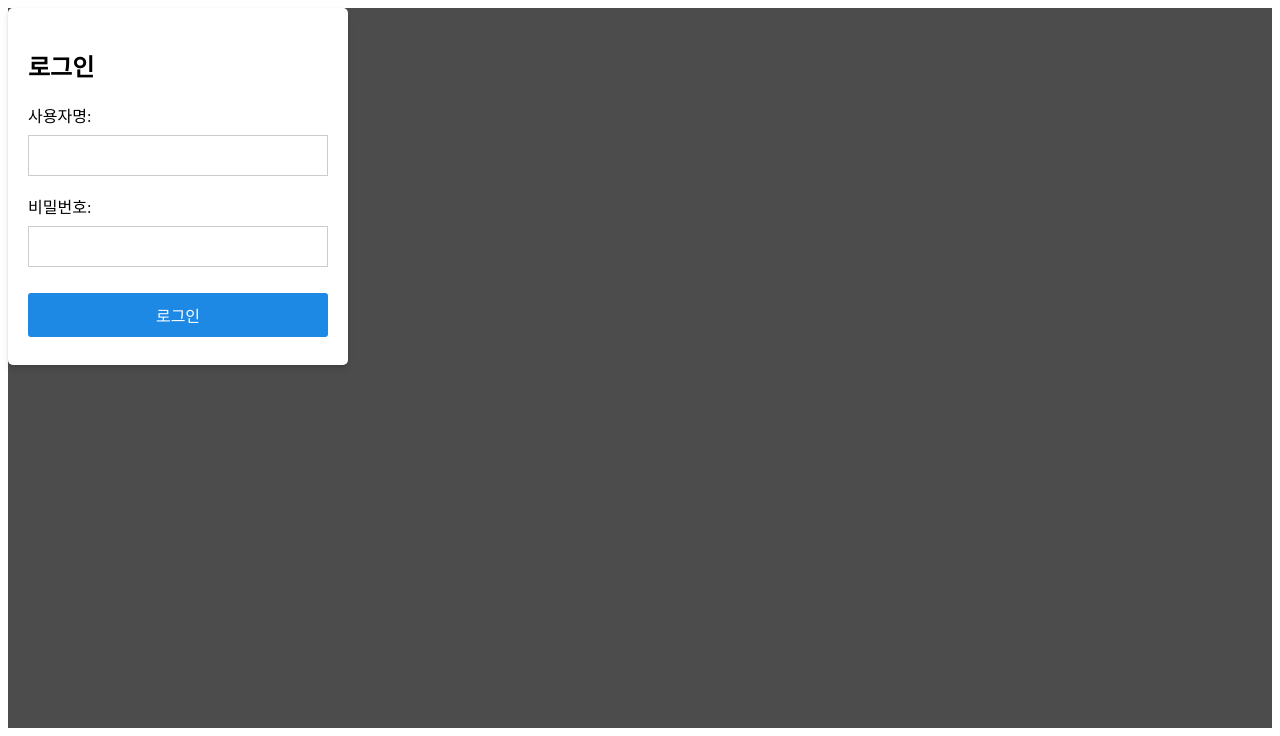
Repository: NewTurn2017/MyChome
Page: index.html
An editor plug-in stored every save of this project. The page is shown before and after the next save, followed by the edit.
The browser window is 1280 px wide. The pictures show the whole page.
The page's requests for data from a server got no answer.

Above is the page before, as saved 2023-04-18 00:04:50.

### index.html
<!DOCTYPE html>
<html lang="ko-KR">
  <head>
    <meta charset="UTF-8" />
    <title>나만의 홈페이지</title>
    <link rel="stylesheet" href="style.css" />
  </head>

  <body>
    <div id="mainContent" style="display: none">
      <div id="content">
        <div id="clock"></div>
        <div id="quote"></div>
        <div id="weather"></div>

        <div id="todo">
          <form id="todoForm">
            <input
              type="text"
              id="todoInput"
              placeholder="할 일을 입력하세요"
            />
            <button type="submit" id="addBtn">추가</button>
          </form>
          <ul id="todoList"></ul>
          <button id="saveBtn">저장</button>
          <button id="loadBtn">불러오기</button>
        </div>
      </div>
    </div>

    <div id="loginContainer">
      <div id="loginFormContainer">
        <h2>로그인</h2>
        <form id="loginForm">
          <div class="inputContainer">
            <label for="username">사용자명:</label>
            <input type="text" id="username" />
          </div>
          <div class="inputContainer">
            <label for="password">비밀번호:</label>
            <input type="password" id="password" />
          </div>
          <button type="submit" id="loginBtn">로그인</button>
        </form>
      </div>
    </div>

    <script src="database.js"></script>
    <script src="weather.js"></script>
    <script src="clock.js"></script>
    <script src="quote.js"></script>
    <script src="todo.js"></script>
    <script src="main.js"></script>
  </body>
</html>

### style.css
.modal {
  display: none;
  position: fixed;
  z-index: 1;
  left: 0;
  top: 0;
  width: 100%;
  height: 100%;
  background-color: rgba(0, 0, 0, 0.6);
}

.modal-content {
  background-color: white;
  margin: 15% auto;
  padding: 20px;
  border: 1px solid #888;
  width: 50%;
  max-width: 350px;
  text-align: center;
}

.close {
  color: #aaa;
  float: right;
  font-size: 28px;
  font-weight: bold;
}

.close:hover,
.close:focus {
  color: black;
  text-decoration: none;
  cursor: pointer;
}

/* 기존 스타일들 */

/* 로그인 컨테이너 스타일 */
#loginContainer {
  display: flex;
  justify-content: center;
  align-items: center;
  height: 100vh;
  background-color: rgba(0, 0, 0, 0.7);
}

#loginFormContainer {
  background-color: #fff;
  width: 300px;
  padding: 20px;
  border-radius: 5px;
  box-shadow: 0 4px 6px rgba(0, 0, 0, 0.1), 0 1px 3px rgba(0, 0, 0, 0.08);
}

h2 {
  margin-bottom: 20px;
}

.inputContainer {
  display: flex;
  flex-direction: column;
  margin-bottom: 10px;
}

input[type='text'],
input[type='password'] {
  width: 100%;
  padding: 12px 20px;
  margin: 8px 0;
  display: inline-block;
  border: 1px solid #ccc;
  box-sizing: border-box;
}

button[type='submit'] {
  background-color: #4caf50;
  color: white;
  padding: 14px 20px;
  margin: 8px 0;
  width: 100%;
  border: none;
  cursor: pointer;
}
button#loginBtn {
  width: 100%;
  padding: 10px;
  font-size: 16px;
  background-color: #1e88e5;
  color: #fff;
  border: none;
  border-radius: 3px;
  cursor: pointer;
}

#loginBtn:hover {
  opacity: 0.8;
}

### database.js
const users = [
  {
    username: 'admin',
    password: '1234',
  },
]

function validateUser(username, password) {
  const user = users.find(
    (user) => user.username === username && user.password === password
  )

  return user ? true : false
}

### weather.js
const apiKey = '826d7a44b198cf8c95e55967b086ae22' // 발급 받은 API 키를 입력하세요.

async function getWeather(city) {
  const response = await fetch(
    `https://api.openweathermap.org/data/2.5/weather?q=${city}&appid=${apiKey}&units=metric`
  )

  if (response.status === 200) {
    const data = await response.json()
    return data
  } else {
    throw new Error('날씨 정보를 불러오는데 실패했습니다.')
  }
}

const weatherDiv = document.getElementById('weather')

async function displayWeather() {
  try {
    const city = 'Seoul' // 원하는 도시 이름을 입력하세요.
    const weatherData = await getWeather(city)
    console.log(weatherData)
    const weatherDescription = weatherData.weather[0].description
    const temperature = weatherData.main.temp
    const feelsLike = weatherData.main.feels_like

    weatherDiv.innerHTML = `
      <h3>날씨: ${weatherDescription}</h3>
      <p>온도: ${temperature}°C</p>
      <p>체감 온도: ${feelsLike}°C</p>
    `
  } catch (error) {
    weatherDiv.innerHTML = `<p>${error.message}</p>`
  }
}

displayWeather()

### clock.js
// 시계 출력 함수
function showClock() {
  const now = new Date() // 현재 시간을 가져옴
  const hour = now.getHours() // 시간을 가져옴
  const minute = now.getMinutes() // 분을 가져옴
  const second = now.getSeconds() // 초를 가져옴

  const clock = document.getElementById('clock')
  clock.textContent = `${hour < 10 ? '0' + hour : hour}:${
    minute < 10 ? '0' + minute : minute
  }:${second < 10 ? '0' + second : second}`

  // 1초마다 showClock 함수를 호출하여 시간을 업데이트 함
  setTimeout(showClock, 1000)
}

// showClock 함수를 최초로 호출하여 화면에 시계를 표시함
showClock()

### quote.js
const apiKey2 = 'DZgTWSk7G8zffkGfHBZ9nA==LBa1KGthmH6oC8lA' // Replace with your actual API key

const categories = [
  'age',
  'alone',
  'amazing',
  'anger',
  'architecture',
  'art',
  'attitude',
  'beauty',
  'best',
  'birthday',
  'business',
  'car',
  'change',
  'communications',
  'computers',
  'cool',
  'courage',
  'dad',
  'dating',
  'death',
  'design',
  'dreams',
  'education',
  'environmental',
  'equality',
  'experience',
  'failure',
  'faith',
  'family',
  'famous',
  'fear',
  'fitness',
  'food',
  'forgiveness',
  'freedom',
  'friendship',
  'funny',
  'future',
  'god',
  'good',
  'government',
  'graduation',
  'great',
  'happiness',
  'health',
  'history',
  'home',
  'hope',
  'humor',
  'imagination',
  'inspirational',
  'intelligence',
  'jealousy',
  'knowledge',
  'leadership',
  'learning',
  'legal',
  'life',
  'love',
  'marriage',
  'medical',
  'men',
  'mom',
  'money',
  'morning',
  'movies',
  'success',
]

function getRandomCategory() {
  return categories[Math.floor(Math.random() * categories.length)]
}

function fetchQuote() {
  const category = getRandomCategory()
  const url = `https://api.api-ninjas.com/v1/quotes?category=${category}`

  fetch(url, {
    method: 'GET',
    headers: {
      'X-Api-Key': apiKey2,
      'Content-Type': 'application/json',
    },
  })
    .then((response) => {
      if (response.ok) {
        return response.json()
      } else {
        throw new Error('Network response was not ok')
      }
    })
    .then((result) => {
      displayQuote(result[0])
    })
    .catch((error) => {
      console.error('Error: ', error)
    })
}

function displayQuote(quoteObj) {
  const quote = quoteObj.quote
  const author = quoteObj.author

  const quoteElement = document.getElementById('quote')
  quoteElement.innerHTML = `<p>${quote}</p><p><em>- ${author}</em></p>`
}

// Fetch a new quote
fetchQuote()

### todo.js
// Todo List 출력 함수
function showTodoList() {
  const todoList = JSON.parse(localStorage.getItem('todoList')) || [] // 로컬 스토리지에서 Todo List를 가져옴

  const todoListElem = document.getElementById('todoList')
  todoListElem.innerHTML = ''

  todoList.forEach((todo, index) => {
    const li = document.createElement('li')
    li.innerHTML = `
        <input type="text" value="${todo}" data-index="${index}">
        <button class="deleteBtn" data-index="${index}">삭제</button>
      `
    todoListElem.appendChild(li)
  })

  // 삭제 버튼 클릭 이벤트 핸들러 등록
  const deleteBtns = document.querySelectorAll('.deleteBtn')
  deleteBtns.forEach((btn) => {
    btn.onclick = function () {
      const index = this.dataset.index
      todoList.splice(index, 1)
      showTodoList()
    }
  })
}

// Todo List 추가 함수
function addTodoList() {
  const todoInput = document.getElementById('todoInput')
  const todoList = JSON.parse(localStorage.getItem('todoList')) || [] // 로컬 스토리지에서 Todo List를 가져옴
  todoList.push(todoInput.value) // 새로운 할 일을 추가함
  localStorage.setItem('todoList', JSON.stringify(todoList)) // 로컬 스토리지에 Todo List를 저장함
  todoInput.value = '' // 입력 필드를 초기화함
  showTodoList()
}

// Todo List 수정 함수
function modifyTodoList(index, value) {
  const oldTodoList = JSON.parse(localStorage.getItem('todoList')) || [] // 로컬 스토리지에서 Todo List를 가져옴
  oldTodoList[index] = value // 할 일을 수정함
  localStorage.setItem('todoList', JSON.stringify(oldTodoList)) // 로컬 스토리지에 Todo List를 저장함
  showTodoList()
}

// Todo List 저장 함수
function saveTodoList() {
  const todoList = JSON.parse(localStorage.getItem('todoList')) || [] // 로컬 스토리지에서 Todo List를 가져옴
  const filename = 'todolist.json'
  const blob = new Blob([JSON.stringify(todoList)], {
    type: 'application/json',
  })
  const url = URL.createObjectURL(blob)
  const a = document.createElement('a')
  a.href = url
  a.download = filename
  a.click()
}
// Todo List 불러오기 함수
async function loadTodoList() {
  const input = document.createElement('input')
  input.type = 'file'
  input.accept = 'application/json'
  input.onchange = async function () {
    const file = input.files[0]
    const reader = new FileReader()
    reader.readAsText(file)
    reader.onloadend = async function () {
      if (reader.result) {
        const newTodoList = JSON.parse(reader.result)
        localStorage.setItem('todoList', JSON.stringify(newTodoList)) // 로컬 스토리지에 Todo List를 저장함
        showTodoList()
      }
    }
  }
  input.click()
}

// Todo List Form submit 이벤트 핸들러 등록
const todoForm = document.getElementById('todoForm')
todoForm.onsubmit = function (event) {
  event.preventDefault() // 기본 동작을 막음
  addTodoList()
}

// 저장 버튼 click 이벤트 핸들러 등록
const saveBtn = document.getElementById('saveBtn')
saveBtn.onclick = function () {
  saveTodoList()
}

// 불러오기 버튼 click 이벤트 핸들러 등록
const loadBtn = document.getElementById('loadBtn')
loadBtn.onclick = async function () {
  await loadTodoList()
}

// showTodoList 함수를 최초로 호출하여 화면에 Todo List를 표시함
showTodoList()

### main.js
// 로그인 폼 전송
const loginForm = document.getElementById('loginForm')
const loginContainer = document.getElementById('loginContainer')

loginForm.addEventListener('submit', function (event) {
  event.preventDefault() // 폼 기본 동작 중단

  // 입력된 아이디와 비밀번호 가져오기
  const username = loginForm.username.value
  const password = loginForm.password.value

  // 아이디와 비밀번호 검증
  if (validateUser(username, password)) {
    alert('로그인되었습니다.')
    // 로그인 성공 시 mainContent div를 표시함
    document.getElementById('mainContent').style.display = 'block'
    // 로그인 성공 시 loginContainer를 숨김
    loginContainer.style.display = 'none'

    // 로그인 상태를 localStorage에 저장
    localStorage.setItem('isLoggedIn', true)
  } else {
    alert('아이디 또는 비밀번호가 올바르지 않습니다.')
  }
})

// 페이지 로드 시 로그인 상태 확인
document.addEventListener('DOMContentLoaded', function () {
  const isLoggedIn = localStorage.getItem('isLoggedIn')

  if (isLoggedIn === 'true') {
    // 로그인된 상태이면 mainContent를 표시하고 loginContainer를 숨김
    document.getElementById('mainContent').style.display = 'block'
    loginContainer.style.display = 'none'
  } else {
    // 로그인되지 않은 상태이면 mainContent를 숨기고 loginContainer를 표시
    document.getElementById('mainContent').style.display = 'none'
    loginContainer.style.display = 'block'
  }
})

After the next save:
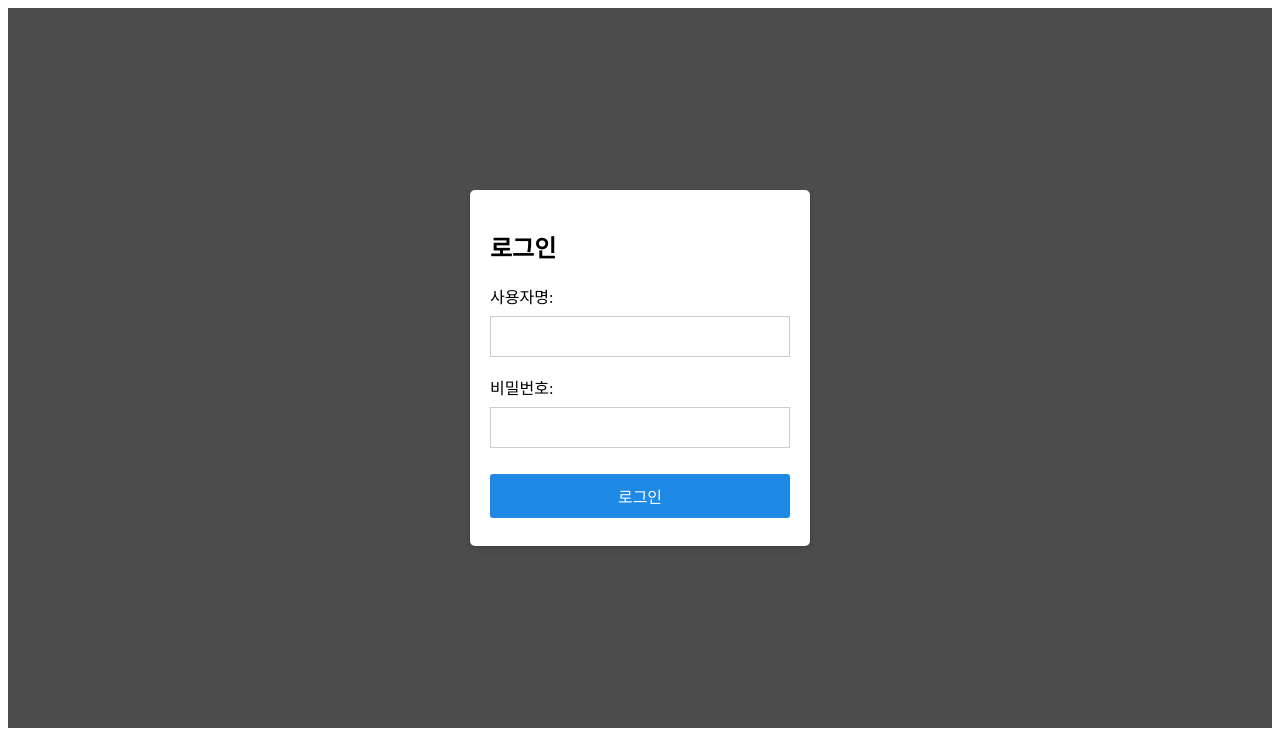
Saved 3 min 40 s later.
--- a/main.js
+++ b/main.js
@@ -35,6 +35,6 @@ document.addEventListener('DOMContentLoaded', function () {
   } else {
     // 로그인되지 않은 상태이면 mainContent를 숨기고 loginContainer를 표시
     document.getElementById('mainContent').style.display = 'none'
-    loginContainer.style.display = 'block'
+    loginContainer.style.display = 'flex'
   }
 })
